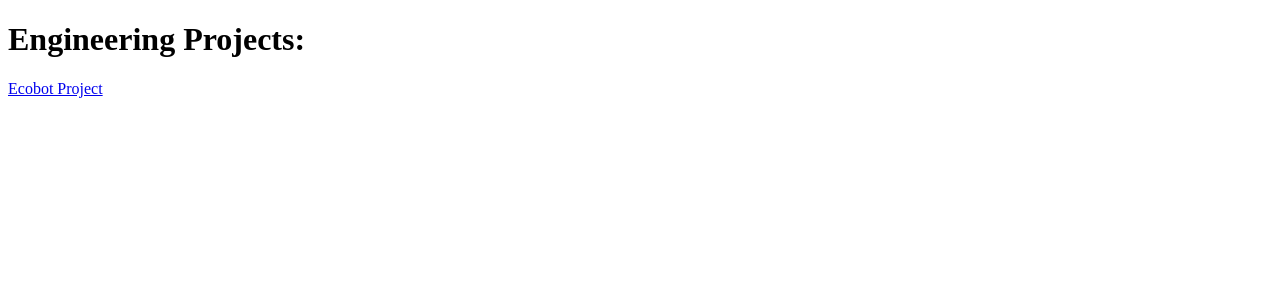
Repository: Isaakwashere/isaakwashere.github.io
Page: Engineering.html
The author's editor kept a record of every edit. The page is drawn from the files as they stood at one moment, then again after the next edit.
The browser window is 1280 px wide. The pictures show the whole page.

Above is the page before.

### Engineering.html
<!DOCTYPE html>
<html>
   <style>
body {

}
</style>


<body>


<h1 style="color:black;">Engineering Projects:</h1>
<p><a href="https://docs.google.com/presentation/d/1irt5dnKneLoVGd2yoK8-gBGLSylWtcAEDHAbf8LmWoI/edit?usp=sharing">Ecobot Project</p>



</body>
</html>

After the next edit:
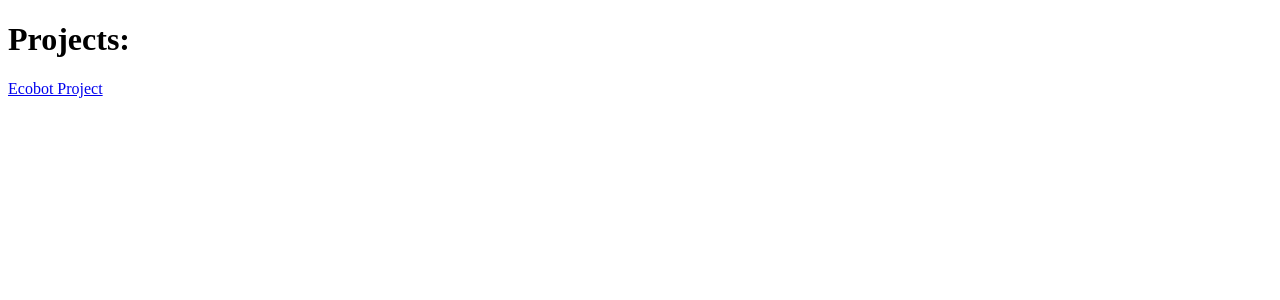
The edit:
--- a/Engineering.html
+++ b/Engineering.html
@@ -10,7 +10,7 @@
 <body>
 
 
-<h1 style="color:black;">Engineering Projects:</h1>
+<h1 style="color:black;">Projects:</h1>
 <p><a href="https://docs.google.com/presentation/d/1irt5dnKneLoVGd2yoK8-gBGLSylWtcAEDHAbf8LmWoI/edit?usp=sharing">Ecobot Project</p>
 
 
